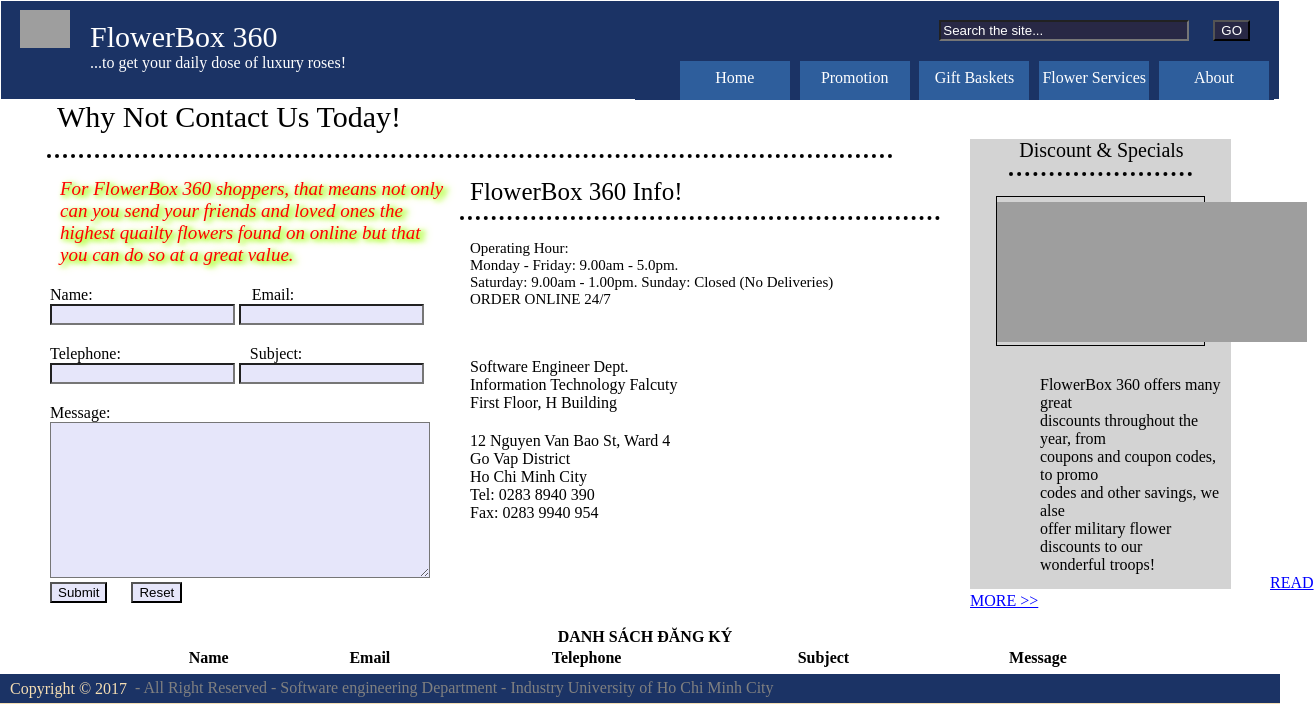
Repository: G1tHub-zer0/BTTH
Page: KT/index.html
These files come from the project's save history. The page is drawn as it stood at one moment and after the next save; the edit follows.
The browser window is 1280 px wide. The page is 1314 px wide, so the pictures cover 1314 px, including what lies to the right of the window. The pictures show the whole page.
Pictures or frames that could not be fetched are drawn as grey boxes.

Above is the page before, as saved 2024-04-12 14:20:31.

### KT/index.html
<!DOCTYPE html>
<html lang="en">

<head>
    <meta charset="UTF-8">
    <meta http-equiv="X-UA-Compatible" content="IE=edge">
    <link rel="stylesheet" href="app.css">
    <meta name="viewport" content="width=device-width, initial-scale=1.0">
    <title></title>
</head>

<body>
    <div class="container">
        <header>
            <div class="logo">
                <img
                    src="https://encrypted-tbn1.gstatic.com/images?q=tbn:ANd9GcSCItUfJia5NZjMVaBQ3rzkajxs_MzsOlNAoqBRyz2l8tWaO1zV">
            </div>
            <div class="name">
                <p class="p1">
                    FlowerBox 360 <br>
                </p>
                <p>
                    ...to get your daily dose of luxury roses!
                </p>
            </div>
            <form action="">
                <input class="type" type="text" name="" id="" placeholder="Search the site...">
                <input class="btn" type="button" value="GO">
            </form>
            <nav>
                <ul>
                    <li>
                        <a href="">Home</a>
                    </li>
                    <li>
                        <a href="">Promotion</a>
                    </li>
                    <li>
                        <a href="">Gift Baskets</a>
                    </li>
                    <li class="fs">
                        <a href="">Flower Services</a>
                        <ul class="child-mn">
                            <li><a href="">Flower for Wedding</a></li>
                            <li><a href="">Flower for Conference</a></li>
                        </ul>
                    </li>
                    <li>
                        <a href="">About</a>
                    </li>
                </ul>
            </nav>
        </header>
        <main>
            <div class="main">
                <form action="" method="post">
                    <div class="title">
                        <P class="p2">Why Not Contact Us Today!</P>
                    </div>
                    <div class="content">
                        <div class="content-left">
                            <p class="p3">
                                For FlowerBox 360 shoppers, that means not only
                                can you send your friends and loved ones the
                                highest quailty flowers found on online but that you
                                can do so at a great value.
                            </p>
                            <div class="enter">
                                <label id="lb-name" for="Name">Name: </label>
                                <label for="email">Email:</label> <br>
                                <input type="text" name="Name" id="inp-name" required>
                                <input type="email" name="email" id="inp-email"><br>
                                <label id="lb-tel" for="tel">Telephone:</label>
                                <label for="sub" class="sub">Subject:</label> <br>
                                <input type="tel" name="tel" id="inp-tel">
                                <input type="text" name="sub" id="inp-subject"><br>
                                <label for="mes">Message:</label><br>
                                <textarea name="mes" id="inp-message" cols="30" rows="10"></textarea> <br>
                                <div class="form-group">
                                    <input type="button" value="Submit" onclick="submitForm()" id="inp-left">
                                    <input type="reset" value="Reset" id="xoa">
                                </div>
                            </div>
                        </div>

                        <div class="content-right">
                            <div class="title2">
                                <p class="p2"> FlowerBox 360 Info!</p>
                            </div>
                            <p class="p4">
                                Operating Hour: <br>
                                Monday - Friday: 9.00am - 5.0pm. <br>
                                Saturday: 9.00am - 1.00pm.
                                Sunday: Closed (No Deliveries) <br>
                                ORDER ONLINE 24/7
                            </p>
                            <p class="p5">
                                Software Engineer Dept. <br>
                                Information Technology Falcuty <br>
                                First Floor, H Building
                            </p>
                            <p class="p6">
                                12 Nguyen Van Bao St, Ward 4 <br>
                                Go Vap District <br>
                                Ho Chi Minh City <br>
                                Tel: 0283 8940 390 <br>
                                Fax: 0283 9940 954
                            </p>
                        </div>
                    </div>
                </form>

                <section>
                    <div class="content-second">
                        <div class="title">
                            <p>Discount & Specials</p>
                        </div>
                        <div class="image">
                            <img
                                src="https://encrypted-tbn1.gstatic.com/images?q=tbn:ANd9GcSCItUfJia5NZjMVaBQ3rzkajxs_MzsOlNAoqBRyz2l8tWaO1zV">
                        </div>
                        <p class="p7">
                            FlowerBox 360 offers many great <br>
                            discounts throughout the year, from <br>
                            coupons and coupon codes, to promo <br>
                            codes and other savings, we alse <br>
                            offer military flower discounts to our <br>
                            wonderful troops!
                        </p>
                        <a href=""> READ MORE >></a>
                    </div>
                </section>

            </div>

            <p style="font-weight: bold; text-align: center;">DANH SÁCH ĐĂNG KÝ</p>
            <table style="width: 1px; width: 80%; text-align: center;">
                <tr>
                    <td style="text-align: center; font-weight: bold;">Name</td>
                    <td style="text-align: center; font-weight: bold;">Email</td>
                    <td style="text-align: center; font-weight: bold;">Telephone</td>
                    <td style="text-align: center; font-weight: bold;"> Subject</td>
                    <td style="text-align: center; font-weight: bold;"> Message </td>
                </tr>
                <tr>
                    <td id="Name"></td>
                    <td id="Email"></td>
                    <td id="Telephone"></td>
                    <td id="Subject"></td>
                    <td id="Message"></td>
                </tr>
            </table>
        </main>

        <footer>
            <p class="copy">
                Copyright &copy; 2017
            </p>
            <p class="ar">
                - All Right Reserved - Software engineering Department - Industry University of Ho Chi Minh City
            </p>
        </footer>


    </div>
</body>

</html>

### KT/app.css
* {
  margin: auto;
  padding: auto;
  box-sizing: border-box;
}
.container {
  width: 100%;
  height: 100%;
}
header {
  width: 100%;
  height: 100px;
  border: 1px solid;
  background-color: rgb(27, 51, 101);
  color: white;
  display: inline-flex;
}
.logo img {
  top: 10px;
  width: 50px;
  left: 20px;
  position: absolute;
}

.p1 {
  font-size: 30px;
}
.name {
  position: absolute;
  left: 80px;
  top: 20px;
}

header form {
  position: absolute;
  right: 30px;
  top: 20px;
}
header form input {
  background-color: rgb(40, 40, 69);
  color: white;
}
header form .type {
  width: 250px;
}
header form input::placeholder {
  color: white;
}
header form .btn {
  margin-left: 20px;
}
nav {
  width: 50%;
  background-color: rgb(27, 51, 101);
  margin-top: 60px;
  margin-right: 5px;
}

nav ul {
  display: flex;
  list-style-type: none;
}
nav ul li {
  width: 110px;
  height: 39px;
  background-color: rgb(46, 94, 156);
  text-align: center;
}
nav ul li a {
  color: white;
  text-decoration: none;
  bottom: -8px;
  position: relative;
}
.main {
  display: flex;
  width: 100%;
}

.main form {
  width: 80%;
}
.main form .title {
  font-size: 30px;
  width: 90%;
  border-bottom: 4px dotted;
}
.form-group button {
  margin-left: 10px;
  padding: 5px 10px;
  border: 1px solid #ccc;
  background-color: #000;
  color: #fff;
  cursor: pointer;
}

.form-group button:hover {
  background-color: #ccc;
  color: #000;
}
.main form .title .p2 {
  margin-bottom: 20px;
}
.main form .content {
  width: 100%;

  margin-bottom: 5px;
  display: flex;
}
.content-left {
  width: 400px;
  margin-left: 50px;
  margin-top: 20px;
}
.main form .content .p3 {
  font-style: italic;
  font-size: 19px;
  color: red;
  text-shadow: 1px 2px 4px greenyellow,
    5px 2px 4px greenyellow, 5px 2px 8px greenyellow;
}
.content-left .enter {
  margin-top: 20px;
}
#lb-name {
  margin-right: 155px;
}
#lb-tel {
  margin-right: 125px;
}
.content-left .enter #inp-left {
  margin-right: 20px;
}
.content-left .enter input {
  margin-bottom: 20px;
}
textarea {
  width: 380px;
  background-color: lavender;
}
.content-right {
  margin-left: 10px;
  margin-top: 20px;
}
.content-right .title2 {
  width: 480px;
  border-bottom: 4px dotted;
}
.title2 .p2 {
  font-size: 25px;
  margin-bottom: 10px;
}
.main form input {
  background-color: lavender;
}
.p4 {
  margin-top: 20px;
  font-size: 15px;
}
.p5 {
  margin-top: 50px;
}
.p6 {
  margin-top: 20px;
}
section {
  width: 50%;
  display: block;
}
section .title {
  position: relative;
  width: 70%;

  font-size: 20px;
  border-bottom: 4px dotted;
}
section .title p {
  margin-bottom: 10px;
}
section .image {
  position: relative;
  width: 80%;
  height: 150px;
  border: 1px solid;
  margin-top: 20px;
  text-align: center;
}
section .image img {
  width: 310px;
  height: 140px;
  margin-left: px;
  margin-top: 5px;
}
section .content-second {
  width: 70%;
  height: 450px;
  margin-left: 30px;
  background-color: lightgray;
}
section .content-second .p7 {
  margin-left: 70px;
  margin-top: 30px;
}
section .content-second a {
  color: blue;
  font: 900;
  margin-left: 300px;
}
footer {
  background-color: rgb(27, 51, 101);
  width: 100%;
  height: 30px;
  border-bottom: 1px solid;
  color: wheat;
  display: inline-flex;
}
p {
  margin-left: 10px;
}
.child-mn {
  display: none;
  position: absolute;
  color: wheat;
  left: 1310px;
  margin-top: 21px;
  margin-left: 10px;
  z-index: 1;
}
.child-mn li {
  width: 180px;
  border-top: 2px blue solid;
  height: 50px;
}
.fs:hover .child-mn {
  display: block;
}
.child-mn li:hover {
  background-color: rgb(27, 51, 101);
}
.ar {
  margin-top: 5px;
  color: grey;
  margin-left: 5px;
  position: absolute;
  left: 130px;
}

After the next save:
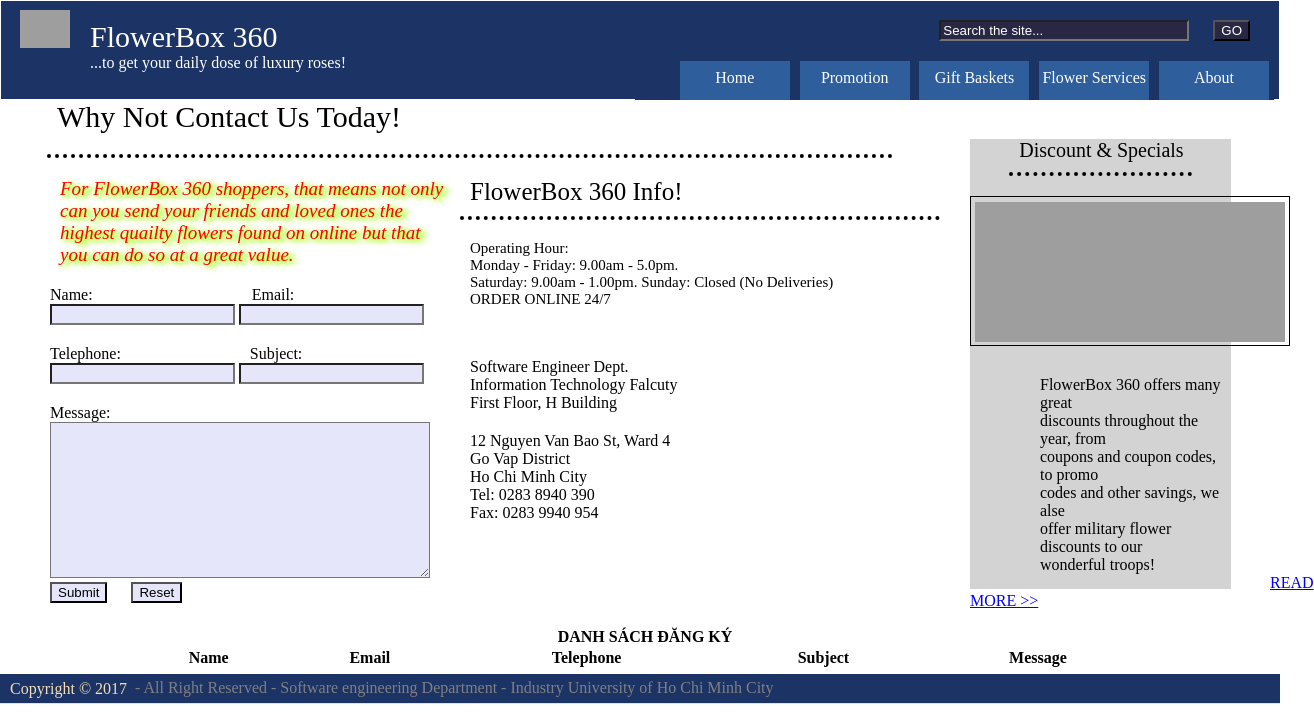
Saved 11 s later.
--- a/KT/app.css
+++ b/KT/app.css
@@ -179,7 +179,7 @@ section .title p {
 }
 section .image {
   position: relative;
-  width: 80%;
+  width: 320px;
   height: 150px;
   border: 1px solid;
   margin-top: 20px;
